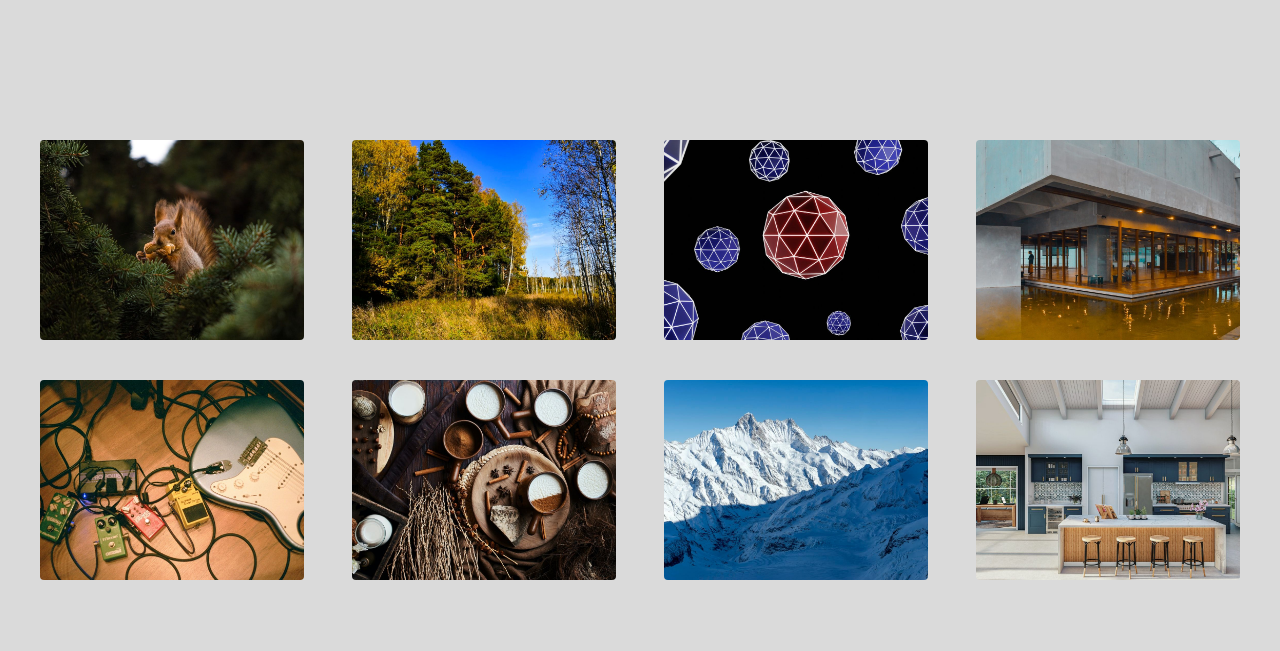
Repository: QUANGTHAI2003/images-gallery
Page: index.html
An editor plug-in stored every save of this project. The page is shown before and after the next save, followed by the edit.
The browser window is 1280 px wide. The pictures show the whole page.
After loading, the first visible `img` was clicked once.

Above is the page before, as saved 2022-03-01 16:46:46.
Console error: ReferenceError: currrentIndex is not defined

### index.html
<!DOCTYPE html>
<html lang="en">
    <head>
        <meta charset="UTF-8" />
        <meta http-equiv="X-UA-Compatible" content="IE=edge" />
        <meta name="viewport" content="width=device-width, initial-scale=1.0" />
        <title>Image Gallery</title>
        <link rel="stylesheet" href="./style.css" />
        <link
            rel="stylesheet"
            href="https://cdnjs.cloudflare.com/ajax/libs/font-awesome/6.0.0/css/all.min.css"
        />
    </head>
    <body>
        <div class="wrapper">
            <div class="image">
                <img src="./img/img1.jpeg" alt="" />
            </div>
            <div class="image">
                <img src="./img/img2.jpeg" alt="" />
            </div>
            <div class="image">
                <img src="./img/img3.jpeg" alt="" />
            </div>
            <div class="image">
                <img src="./img/img4.jpeg" alt="" />
            </div>
            <div class="image">
                <img src="./img/img5.jpeg" alt="" />
            </div>
            <div class="image">
                <img src="./img/img6.jpeg" alt="" />
            </div>
            <div class="image">
                <img src="./img/img7.jpeg" alt="" />
            </div>
            <div class="image">
                <img src="./img/img8.jpeg" alt="" />
            </div>
        </div>

        <div class="gallery">
            <i class="fas fa-times close"></i>
            <div class="gallery__inner">
                <img src="./img/img8.jpeg" alt="" />
            </div>
            <div class="control prev">
                <i class="fas fa-chevron-left"></i>
            </div>
            <div class="control next">
                <i class="fas fa-chevron-right"></i>
            </div>
        </div>
    </body>
    <script src="./app.js"></script>
</html>

### style.css
* {
    margin: 0;
    padding: 0;
    box-sizing: border-box;
}

body {
    height: 100vh;
    background: #dadada;
    overflow: hidden;
    display: flex;
    justify-content: center;
    align-items: center;
}

.wrapper {
    width: 1200px;
    display: flex;
    flex-wrap: wrap;
    margin: auto;
    justify-content: space-between;
}

img {
    width: 100%;
    height: 100%;
    object-position: center;
    object-fit: cover;
    transition: 0.5s;
}

.image {
    width: 22%;
    height: 200px;
    border-radius: 4px;
    overflow: hidden;
    margin: 20px 0;
}

.image:hover img {
    transform: scale(1.2);
}

.gallery {
    position: fixed;
    width: 100%;
    height: 100%;
    background: rgba(0, 0, 0, 0.6);
    display: flex;
    justify-content: center;
    align-items: center;
    color: white;
    opacity: 0;
    pointer-events: none;
    transform: scale(0.8);
    transition: 0.5s;
}

.gallery__inner {
    width: 70%;
    height: 70%;
}

.close {
    position: fixed;
    top: 15px;
    right: 25px;
    font-size: 36px;
}

.control {
    font-size: 36px;
    color: rgba(255, 255, 255, 0.8);
    position: absolute;
}

.control.prev {
    left: 15px;
}

.control.next {
    right: 15px;
}

.show {
    opacity: 1;
    pointer-events: auto;
    transform: scale(1);
}

.hide {
    display: none;
}

### app.js
var images = document.querySelectorAll('.image img');
var prev = document.querySelector('.prev');
var next = document.querySelector('.next');
var close = document.querySelector('.close');
var galleryImg = document.querySelector('.gallery__inner img');
var gallery = document.querySelector('.gallery');

var currentIndex = 0;

function showGallery() {
    if (currrentIndex == 0) {
        prev.classList.add('hide');
    } else {
        prev.classList.remove('hide');
    }

    //display
    gallery.classList.add('show');
    galleryImg.src = this.src;
}

images.forEach((item, index) => {
    item.addEventListener('click', function () {
        currentIndex = index;
        showGallery();
    });
})

close.addEventListener('click', function () {
    gallery.classList.remove('show');
})

document.addEventListener('keydown', function (e) {
    if (e.keyCode == 27) {
        gallery.classList.remove('show');
    }
})

prev.addEventListener('click', function () {
    if (currentIndex > 0) {
        currentIndex--;
        showGallery();
    }
})

After the next save:
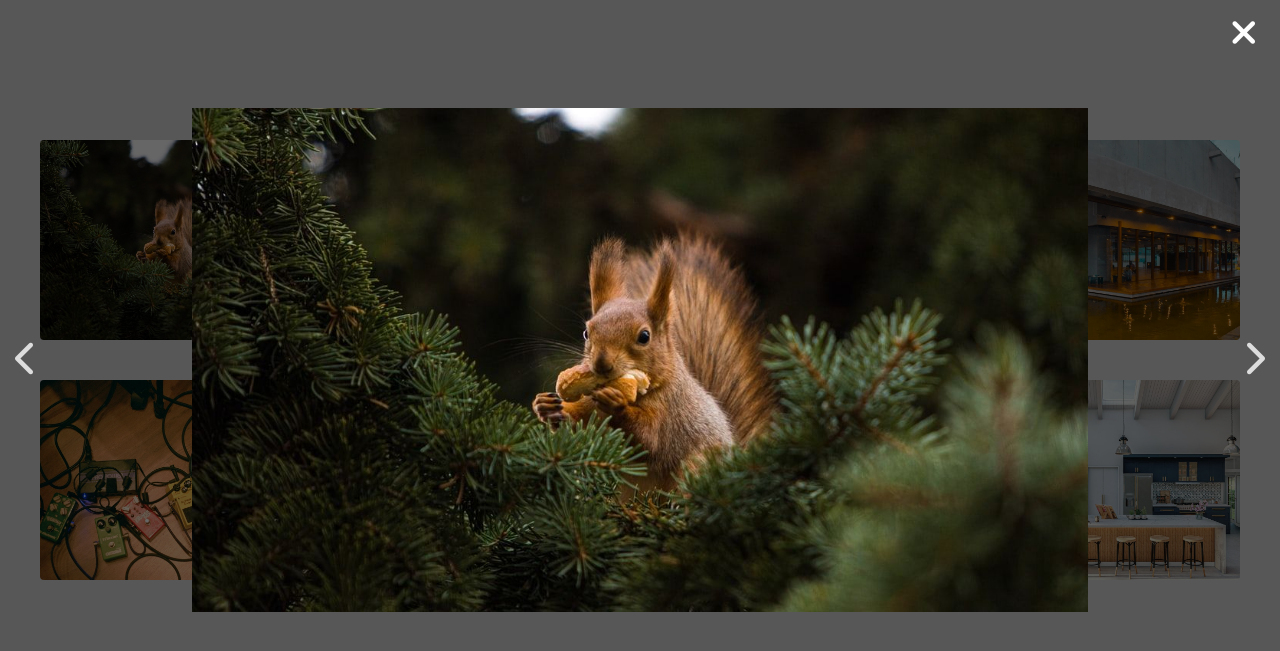
The error is gone.
Saved 19 s later.
--- a/app.js
+++ b/app.js
@@ -22,7 +22,8 @@ function showGallery() {
 images.forEach((item, index) => {
     item.addEventListener('click', function () {
         currentIndex = index;
-        showGallery();
+        gallery.classList.add('show');
+        galleryImg.src = this.src;
     });
 })
 
